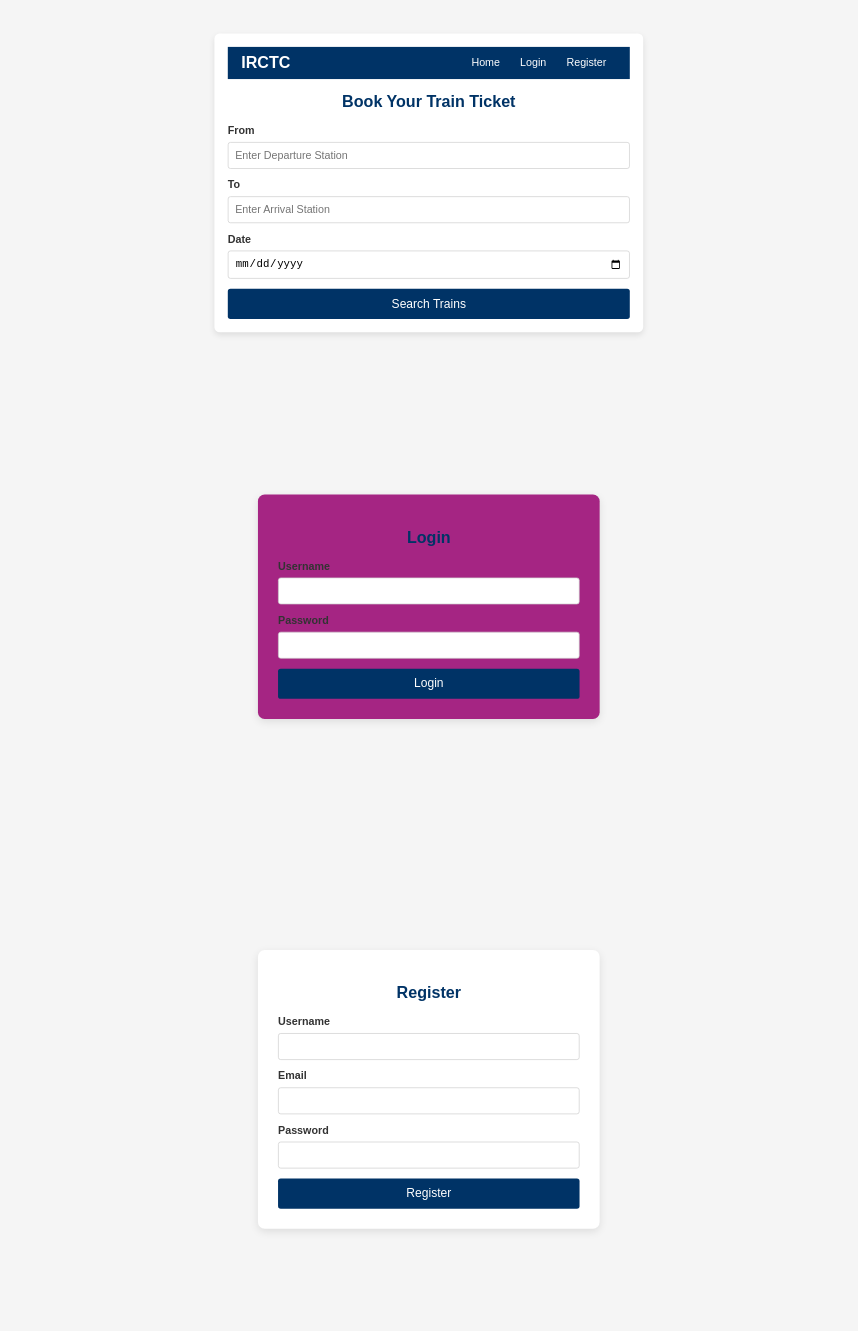
Repository: ssaddamhuss100/IRCTC-Clone
Page: /
These files come from the project's save history. The page is drawn as it stood at one moment and after a run of saves; the edit follows.
The browser window is 1280 px wide. The pictures show the whole page, at 67% of full size.
The project was rebuilt for these pictures with package versions that can differ from the ones it lists, and the page was loaded fresh each time. Also part of the build but not shown: vite.config.js, src/components/Header/Header.css, src/components/Header/Header.jsx.

Above is the page before, as saved 2025-01-19 11:57:01.

After the next 2 saves:
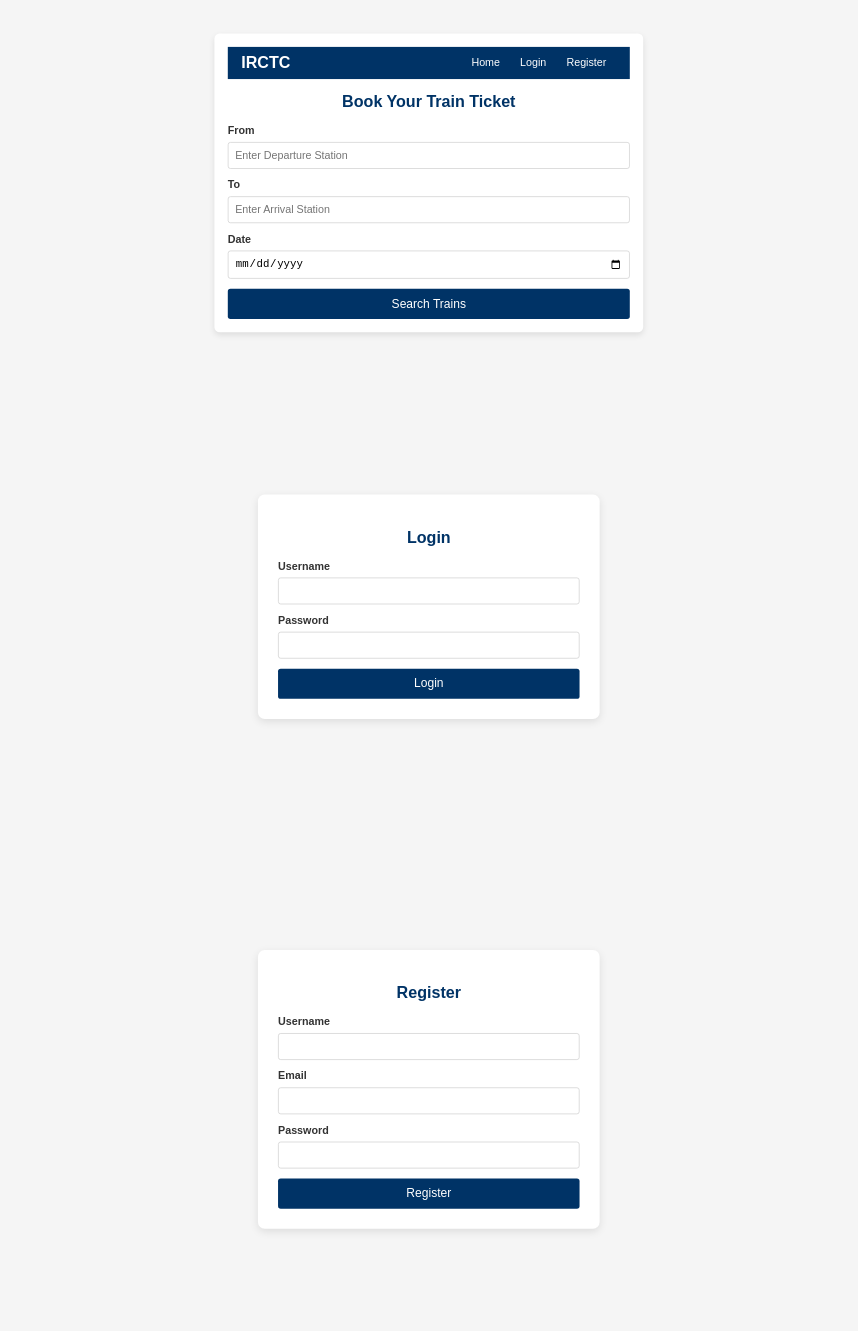
The 2 saves are shown as one change because they came seconds apart.
The last was saved 10 s later.
--- a/src/pages/Login/Login.css
+++ b/src/pages/Login/Login.css
@@ -9,7 +9,7 @@
 
 /* Form box layout similar to IRCTC */
 .login-box {
-  background-color: #a52583; /* White background for form */
+  background-color: #ffffff; /* White background for form */
   padding: 30px;
   border-radius: 10px; /* Rounded corners */
   box-shadow: 0 4px 12px rgba(0, 0, 0, 0.1); /* Soft shadow */
